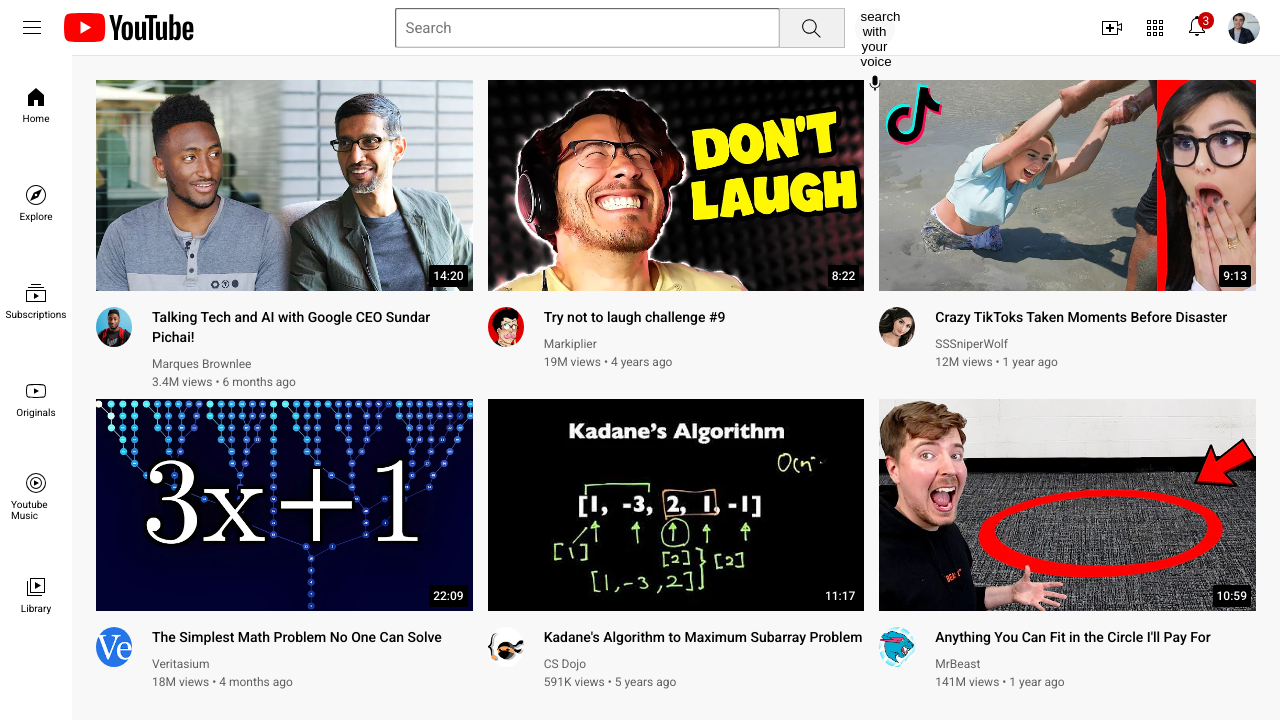
Repository: idahcarts-ux/html-css
Page: youtube.html
The author's editor kept a copy of each file at every save. The page is drawn from the files as they stood at one save, then again after a run of saves.
The browser window is 1280 px wide. The pictures show the whole page.

Above is the page before, as saved 2025-11-21 07:13:50.

### youtube.html
<!DOCTYPE html>
<html>
<head>
  <title>YouTube.com Clone</title>

  <link rel="preconnect" href="https://fonts.googleapis.com">
  <link rel="preconnect" href="https://fonts.gstatic.com" crossorigin>
  <link href="https://fonts.googleapis.com/css2?family=Roboto:wght@100;300;400;500;700;900&display=swap" rel="stylesheet">

<link rel="stylesheet" href="styles/general.css">
<link rel="stylesheet" href="styles/video.css">
<link rel="stylesheet" href="styles/header.css">
<link rel="stylesheet" href="styles/sidebar.css">



</head>
<body>
  <div class="header">
    <div class="left-section">
     <img class="hamburger-menu" src="icons/hamburger-menu.svg">
     <img class="youtube-logo" src="icons/youtube-logo.svg">
    </div>

    <div class="middle-section">
      <input class="search-bar" type="text" placeholder="Search">
    <button class="search-button">
      <img
      class="search-icon"
      src="icons/search.svg">
      <div class="tooltip">search</div>
    </button>
    <button class="voice-search-button">
      <div class="tooltip">search with your voice</div>
      <img
      class="voice-search-icon"
      src="icons/voice-search-icon.svg">
    </button>
    </div>

    <div class="right-section">
      <img
      class="uploads-icon"
      src="icons/upload.svg">
      <img
      class="youtube-apps-icon"
      src="icons/youtube-apps.svg">
      <div class="notification-icon-container">
       <img
      class="notification-icon"
      src="icons/notifications.svg">
      <div class="notifications-count">3</div>
      </div>
      <img
       class="current-user-picture"
       src="chanel-pictures/my-channel.jpeg">
    </div>

  </div>

   <div class="sidebar">
     <div class="sidebar-link">
      <img src="icons/home.svg">
      <div>Home</div>
     </div>
     <div class="sidebar-link">
      <img src="icons/explore.svg">
      <div>Explore</div>
     </div>
     <div class="sidebar-link">
      <img src="icons/subscriptions.svg">
      <div>Subscriptions</div>
     </div>
     <div class="sidebar-link">
      <img src="icons/originals.svg">
      <div>Originals</div>
      </div>
     <div class="sidebar-link">
      <img src="icons/youtube-music.svg">
       <div>Youtube Music</div>
     </div>
      <div class="sidebar-link">
      <img src="icons/library.svg">
       <div>Library</div>
     </div>

   </div>



  <!-- MAIN GRID START -->
  <div class="video-grid">

    <!-- 1 -->
    <div class="video-preview">
      <div class="thumbnails-row">
      <img class="thumbnails" src="thumbnails/thumbnail-1.webp">
      <div class="video-time">14:20</div>
      </div>
      <div class="video-info-grid">
        <div class="channel-pictures">
          <img class="profile-picture" src="chanel-pictures/channel-1.jpeg">
        </div>
        <div class="video-info">
          <p class="video-title">
            Talking Tech and AI with Google CEO Sundar Pichai!
          </p>
          <p class="video-author">Marques Brownlee</p>
          <p class="video-stats">3.4M views • 6 months ago</p>
        </div>
      </div>
    </div>

    <!-- 2 -->
    <div class="video-preview">
       <div class="thumbnails-row">
      <img class="thumbnails" src="thumbnails/thumbnail-2.webp">
      <div class="video-time">8:22</div>
      </div>
       <div class="video-info-grid">
        <div class="channel-pictures">
          <img class="profile-picture" src="chanel-pictures/channel-2.jpeg">
        </div>
        <div class="video-info">
          <p class="video-title">Try not to laugh challenge #9</p>
          <p class="video-author">Markiplier</p>
          <p class="video-stats">19M views • 4 years ago</p>
        </div>
      </div>
    </div>

    <!-- 3 -->
    <div class="video-preview">
      <div class="thumbnails-row">
     <img class="thumbnails" src="thumbnails/thumbnail-3.webp">
       <div class="video-time">9:13</div>
       </div>
      <div class="video-info-grid">
        <div class="channel-pictures">
          <img class="profile-picture" src="chanel-pictures/channel-3.jpeg">
        </div>
        <div class="video-info">
          <p class="video-title">Crazy TikToks Taken Moments Before Disaster</p>
          <p class="video-author">SSSniperWolf</p>
          <p class="video-stats">12M views • 1 year ago</p>
        </div>
      </div>
    </div>

    <!-- 4 -->
    <div class="video-preview">
      <div class="thumbnails-row">
      <img class="thumbnails" src="thumbnails/thumbnail-4.webp">
        <div class="video-time">22:09</div>
        </div>
      <div class="video-info-grid">
        <div class="channel-pictures">
          <img class="profile-picture" src="chanel-pictures/channel-4.jpeg">
        </div>
        <div class="video-info">
          <p class="video-title">The Simplest Math Problem No One Can Solve</p>
          <p class="video-author">Veritasium</p>
          <p class="video-stats">18M views • 4 months ago</p>
        </div>
      </div>
    </div>

    <!-- 5 -->
    <div class="video-preview">
      <div class="thumbnails-row">
      <img class="thumbnails" src="thumbnails/thumbnail-5.webp">
       <div class="video-time">11:17</div>
       </div>
      <div class="video-info-grid">
        <div class="channel-pictures">
          <img class="profile-picture" src="chanel-pictures/channel-5.jpeg">
        </div>
        <div class="video-info">
          <p class="video-title">
            Kadane's Algorithm to Maximum Subarray Problem
          </p>
          <p class="video-author">CS Dojo</p>
          <p class="video-stats">591K views • 5 years ago</p>
        </div>
      </div>
    </div>

    <!-- 6 -->
    <div class="video-preview">
      <div class="thumbnails-row">
         <img class="thumbnails" src="thumbnails/thumbnail-6.webp">
         <div class="video-time">10:59</div>
         </div>
         <div class="video-info-grid">
        <div class="channel-pictures">
          <img class="profile-picture" src="chanel-pictures/channel-6.jpeg">
        </div>
        <div class="video-info">
          <p class="video-title">
            Anything You Can Fit in the Circle I'll Pay For
          </p>
          <p class="video-author">MrBeast</p>
          <p class="video-stats">141M views • 1 year ago</p>
        </div>
      </div>
    </div>

  </div>
  <!-- MAIN GRID END -->



</body>
</html>

### styles/general.css
 p {
    font-family: Roboto, Arial;
    margin-top: 0;
    margin-bottom: 0;
  }

  body {
    margin: 0;
    padding-top: 80px;
    padding-right: 24px;
    padding-left: 96px;
    background-color: rgb(248, 248, 248);
  }

### styles/video.css



  .thumbnails {
    width: 100%;
  }



  .video-title {
    font-size: 14px;
    font-weight: 500;
    line-height: 20px;
    margin-bottom: 10px;
  }

  .video-info-grid {
    display: flex;
    margin-top: 12px;
  }

  /* FIX: Ensure the profile picture container is just large enough for the picture */
  .channel-pictures {
    width: 48px; /* Slightly larger than the picture for padding/margin */
    flex-shrink: 0;
    margin-right: 8px; /* Added some spacing to separate picture from text */
  }

  /* FIX: Ensure the profile picture fills its container and maintain aspect ratio */
  .profile-picture {
    width: 36px; /* Kept your desired size */
    height: 40px; /* Added explicit height to force a square container */
    object-fit: cover; /* Ensures image covers the area without distortion */
    border-radius: 50%;
  }

  /* FIX: Removed fixed width which was unnecessary and potentially restrictive */
  .video-info {
    /* width: 200px; <--- Removed this line */
    flex: 1; /* Allow it to take up the remaining space */
  }

  .video-author {
    font-size: 12px;
    color: rgb(96, 96, 96);
    margin-bottom: 4px;
  }

  .video-stats {
    font-size: 12px;
    color: rgb(96, 96, 96);
  }

  .video-grid {
    display: grid;
    grid-template-columns: 1fr 1fr 1fr;
    column-gap: 15px;
    row-gap: 10px;
  }
  .video-time {
    background-color: black;
    color: white;
    position: absolute;
    bottom:8px;
    right:5px;
    font-family: Roboto, Arial;
    font-size: 12px;
    font-weight: 500;
    padding-left: 4px;
    padding-right: 4px;
    padding-bottom: 4px;
    padding-top: 4px;
    border-radius: 2px;

}

  .thumbnails-row {
    margin-bottom: 8px;
    position: relative;
  }

### styles/header.css


  .header {
    height:55px;
    display:flex;
    flex-direction: row;
    justify-content: space-between;
    position: fixed;
    top:0;
    left:0;
    right:0;
    background-color: white;
    border-bottom-width: 1px;
    border-bottom-style: solid;
    border-bottom-color: rgb( 228, 228, 228);
    z-index:100;
  }

  .left-section {
  display: flex;
   align-items: center;


  }
    .youtube-logo {
    width: 12vw;        /* Scales with viewport width */
    min-width: 80px;    /* Don't get too small */
    max-width: 130px;   /* Don't grow too large */
    height: auto;       /* Keep aspect ratio */
    transition: width 0.25s ease;
}


  .hamburger-menu {
    height: 24px;
    margin-left: 20px;
    margin-right: 20px;
  }
  .middle-section {
    flex:1;
    margin-left: 30px;
    margin-right: 35px;
    max-width:500px;
    display: flex;
    align-items:center;
  }
  .search-bar {
    flex:1;
    height:36px;
    padding-left:10px;
    font-size: 16px;
    border-width: 1px;
    border-color: rgb(190, 190,190);
    border-radius: 2px;
    box-shadow: inset 0.05px 0.05px 1px rgba(0, 0, 0.05);
    width:0;
  }
  .search-bar::placeholder {
    font-family: Roboto, Arial;
    font-size:15px;
  }
  .search-icon{
    height:25px;
    margin-top:4px;
  }
  .search-button {
    height:40px;
    width:66px;
    background-color: rgb( 240, 240, 240);
    border-width: 1px;
    border-style:solid;
    border-color: rgb(190, 190,190);
    margin-left: -1px;
    margin-right: 10px;
    position: relative;
  }
  .search-button .tooltip {
    position: absolute;
    background-color: gray;
    color:white;
    padding-top: 4px;
    padding-bottom: 4px;
    padding-left: 8px;
    padding-right: 8px;
    border-radius: 2px;
    font-size: 12px;
    bottom: -30px;
    opacity: 0;
    transition:opacity 0.15s;
    pointer-events: none;
  }

  .search-button:hover .tooltip {
   opacity: 1;
  }

  .voice-search-button {
    height:40px;
    width:40px;
    border-radius: 20px;
    border: none;
    background-color: rgb(248,248,248);
  }
  .voice-search-icon{
    height:20px;
    margin-top: 4px;

  }
  .right-section {
    width:180px;
    display:flex;
    align-items: center;
    justify-content: space-between;
    flex-shrink: 0;
  }
  .uploads-icon {
    height:24px;
  }
  .youtube-apps-icon {
    height:24px;
  }
  .notification-icon {
    height:24px;
  }
  .notification-icon-container {
    position:relative;
  }
  .notifications-count {
    position:absolute;
    top: -2px;
    right: -5px;
    background-color: rgb(200, 0, 0);
    color: white;
    font-family: Roboto, Arial;
    font-size: 12px;
    padding-left: 5px;
    padding-right: 5px;
    padding-top: 2px;
    padding-bottom: 1px;
    border-radius: 10px;
  }
  .current-user-picture {
    height:32px;
    border-radius: 16px;
    margin-right: 20px;
  }

### styles/sidebar.css
.sidebar {
  position: fixed;
  left: 0;
  bottom: 0;
  top: 55px;
  background-color: white;
  width: 72px;
  z-index: 200;
  padding-top: 5;

}
.sidebar-link {
  height: 76px;
  display: flex;
  justify-content: center;
  align-items: center;
  flex-direction: column;
  padding:11px;
  cursor: pointer;

}
.sidebar-link:hover {
  background-color: rgb(238, 238,238);
}
.sidebar-link img {
  height: 24px;
  margin-bottom: 4px;
}
.sidebar-link div {
 font-family: Roboto, Arial;
 font-size: 10px;
}

After the next 2 saves:
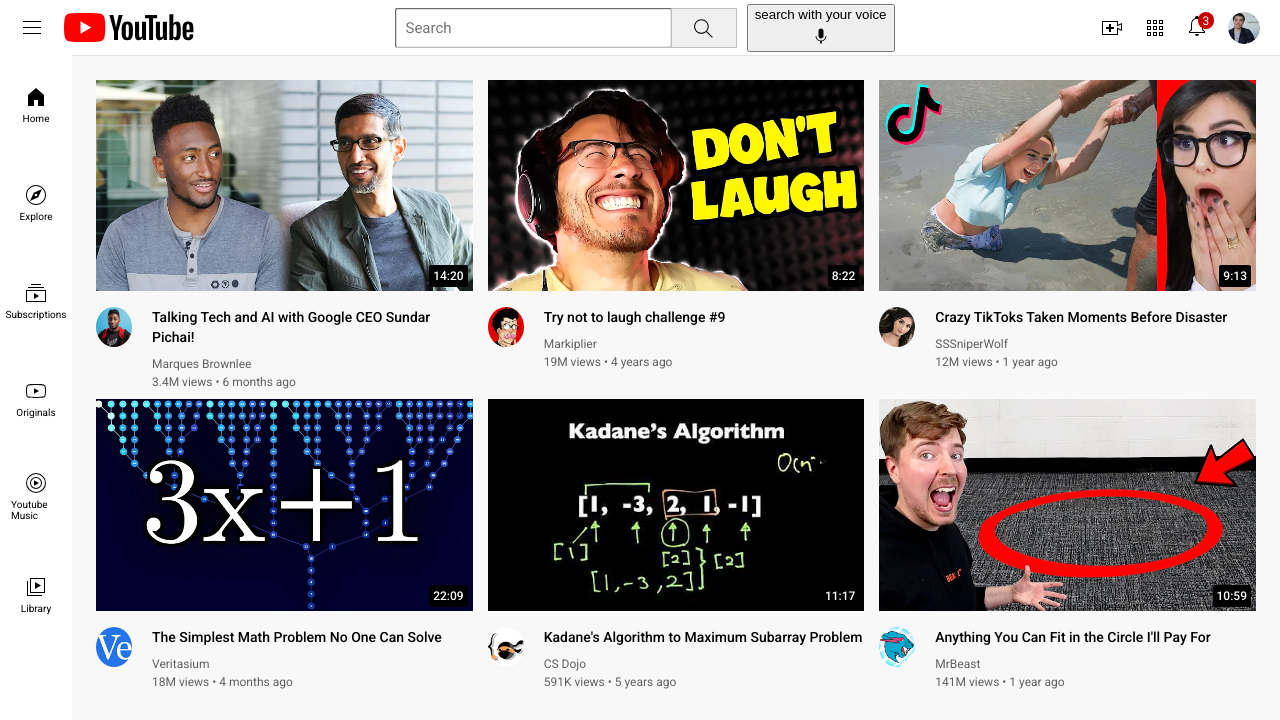
The 2 saves are shown as one change because they came seconds apart.
The last was saved 10 s later.
--- a/styles/header.css
+++ b/styles/header.css
@@ -94,6 +94,7 @@
    opacity: 1;
   }
 
+  .s
   .voice-search-button {
     height:40px;
     width:40px;

After the 3 saves that followed:
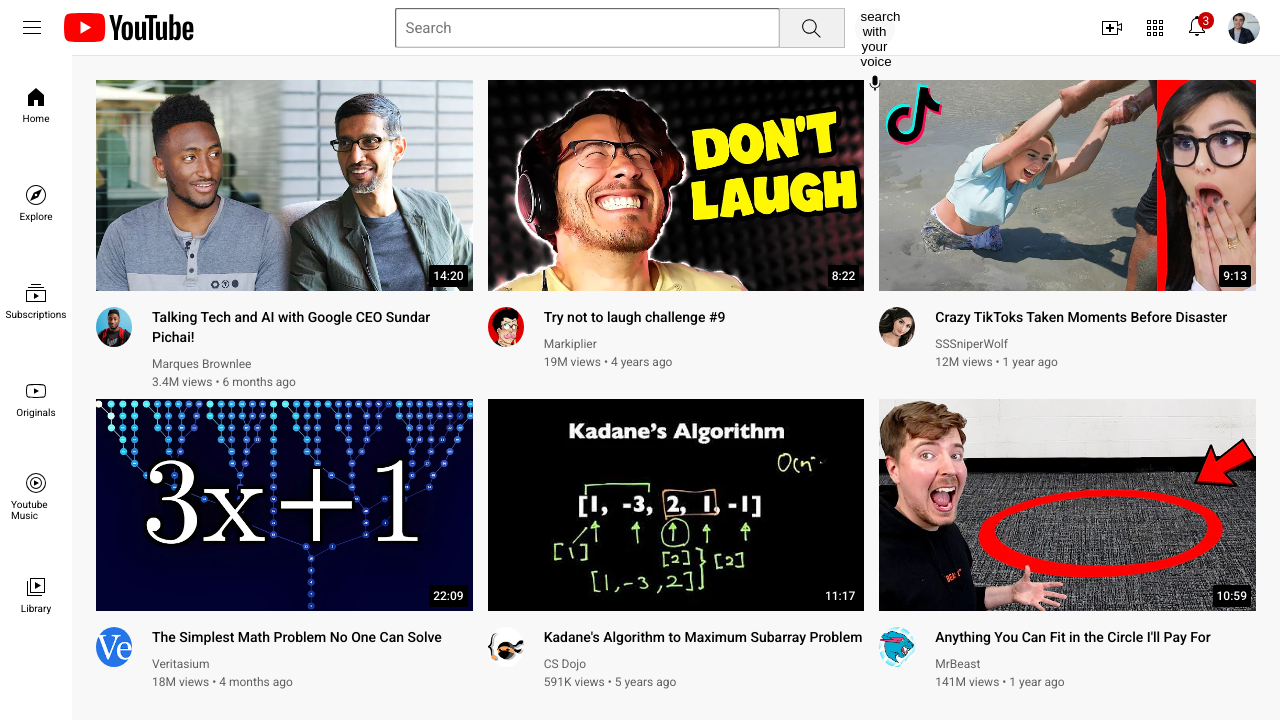
The 3 saves are shown as one change because 1 left the picture as it was and some came seconds apart.
The last was saved 13 s later.
--- a/styles/header.css
+++ b/styles/header.css
@@ -94,7 +94,7 @@
    opacity: 1;
   }
 
-  .s
+  .search button,
   .voice-search-button {
     height:40px;
     width:40px;
